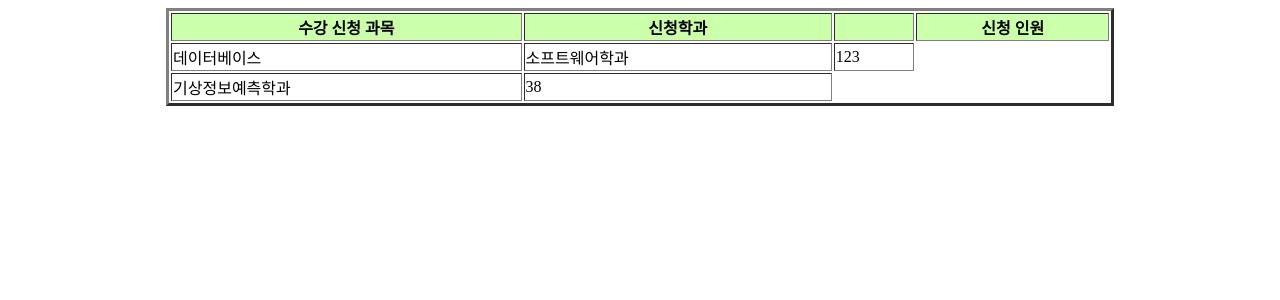
Repository: parkgyutaee/My_JAVA_Project
Page: http://localhost/JSPStudy/test3.jsp
These files come from the project's save history. The page is drawn as it stood at one moment and after the next save; the edit follows.
The browser window is 1280 px wide. The pictures show the whole page.
The page is served by Tomcat 9.

Above is the page before, as saved 2025-07-09 07:28:02.

### Workspace/JSPStudy/src/main/webapp/test3.jsp
<%@ page language="java" contentType="text/html; charset=UTF-8"
    pageEncoding="UTF-8"%>
<!DOCTYPE html>
<html>
<head>
<meta charset="UTF-8">
<title>연습문제3 입니다</title>
</head>
<body>
<table border = "3"  width="75%"  align="center">
  <tr bgcolor="#CCFFAA" >
    <th>수강 신청 과목</th><th>신청학과</th><th></th><th>신청 인원</th>
  </tr>
 <tr>
	<td>데이터베이스</td><td>소프트웨어학과</td><td>123</td>
  </tr>
 <tr rowspan="2">
	<td>기상정보예측학과</td><td>38</td>
  </tr>
</table>



</body>
</html>

After the next save:
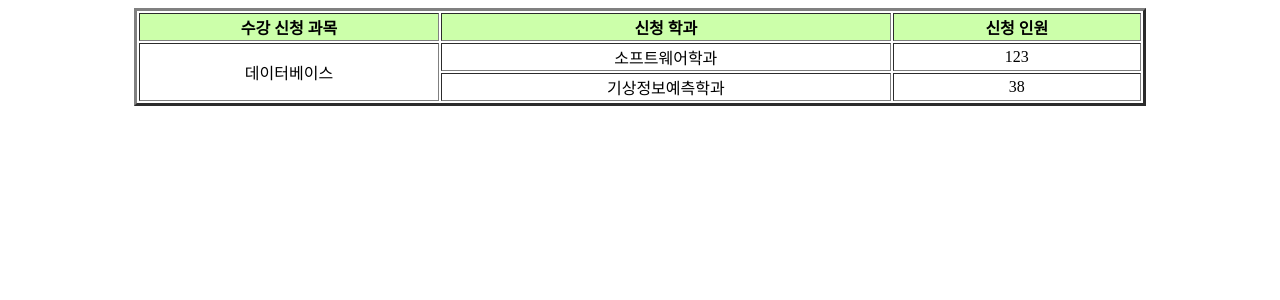
Saved 95 s later.
--- a/Workspace/JSPStudy/src/main/webapp/test3.jsp
+++ b/Workspace/JSPStudy/src/main/webapp/test3.jsp
@@ -7,19 +7,15 @@
 <title>연습문제3 입니다</title>
 </head>
 <body>
-<table border = "3"  width="75%"  align="center">
-  <tr bgcolor="#CCFFAA" >
-    <th>수강 신청 과목</th><th>신청학과</th><th></th><th>신청 인원</th>
+
+<table border="3" width="80%" align="center">
+  <tr bgcolor="#CCFFAA" align="center">
+    <th width="30%">수강 신청 과목</th><th>신청 학과</th><th>신청 인원</th>
   </tr>
- <tr>
-	<td>데이터베이스</td><td>소프트웨어학과</td><td>123</td>
+  <tr align="center"> <td rowspan="2">데이터베이스</td><td>소프트웨어학과</td> <td>123</td>
   </tr>
- <tr rowspan="2">
-	<td>기상정보예측학과</td><td>38</td>
+  <tr align="center"> <td>기상정보예측학과</td> <td>38</td>
   </tr>
 </table>
-
-
-
 </body>
 </html>
